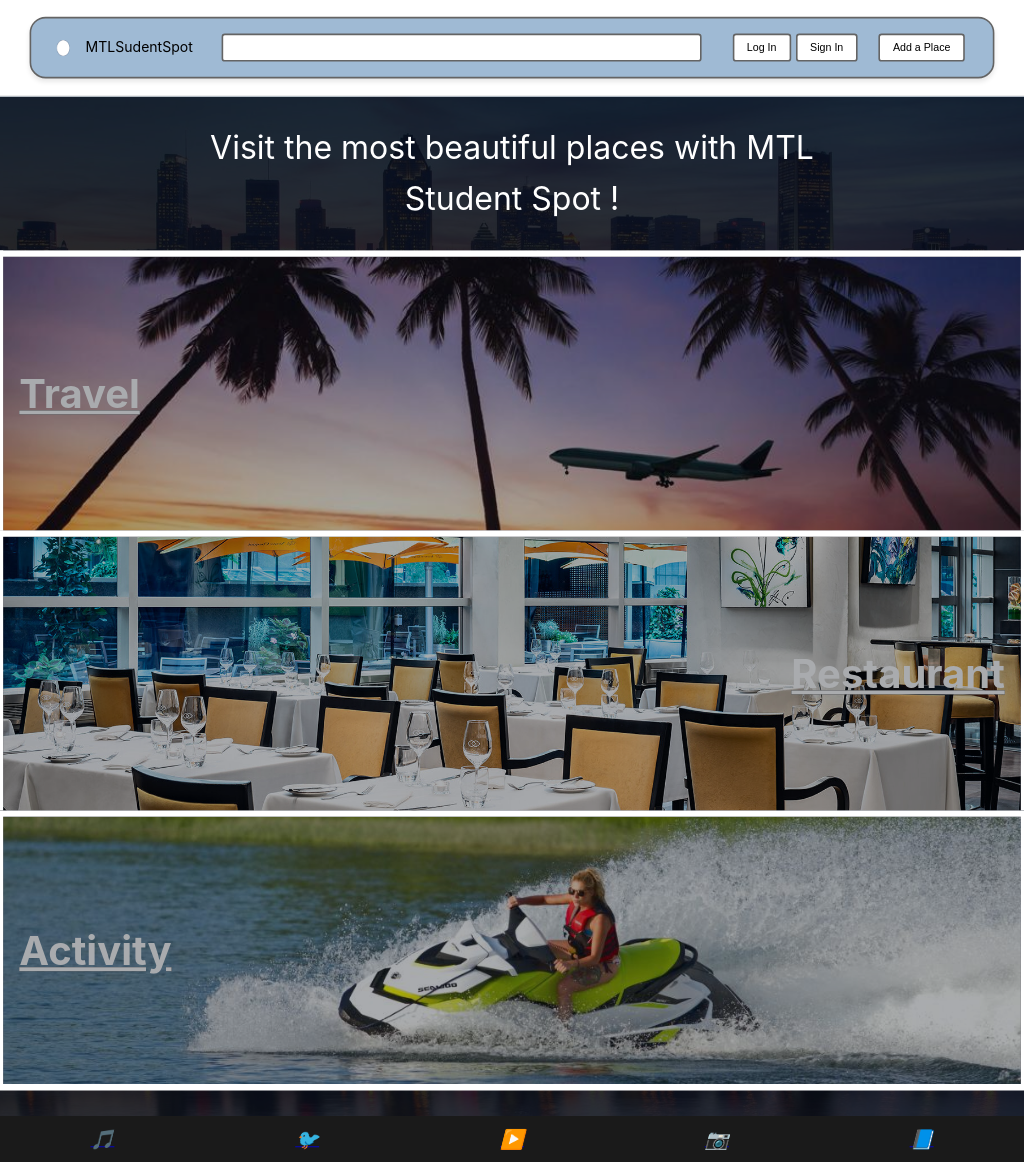
Repository: KevMn6ix/MOD8-2232-GRA-Damois-Leroi--Morant-Munto
Page: / (app in client/)
The author's editor kept a copy of each file at every save. The page is drawn from the files as they stood at one save, then again after the next save.
The browser window is 1280 px wide. The pictures show the whole page, at 80% of full size.
The project was rebuilt for these pictures with package versions that can differ from the ones it lists, and the page was loaded fresh each time. Also part of the build but not shown: client/vite.config.js, client/src/components/HelloWorld.vue, client/src/services/Api.js, client/src/services/AuthentificationService.js, client/src/components/Login.vue, client/src/components/BarOutsideHome.vue, client/src/views/LoginPage.vue, client/src/components/PlaceItem.vue and 1 more.

Above is the page before, as saved 2023-10-18 16:23:25.

After the next save:
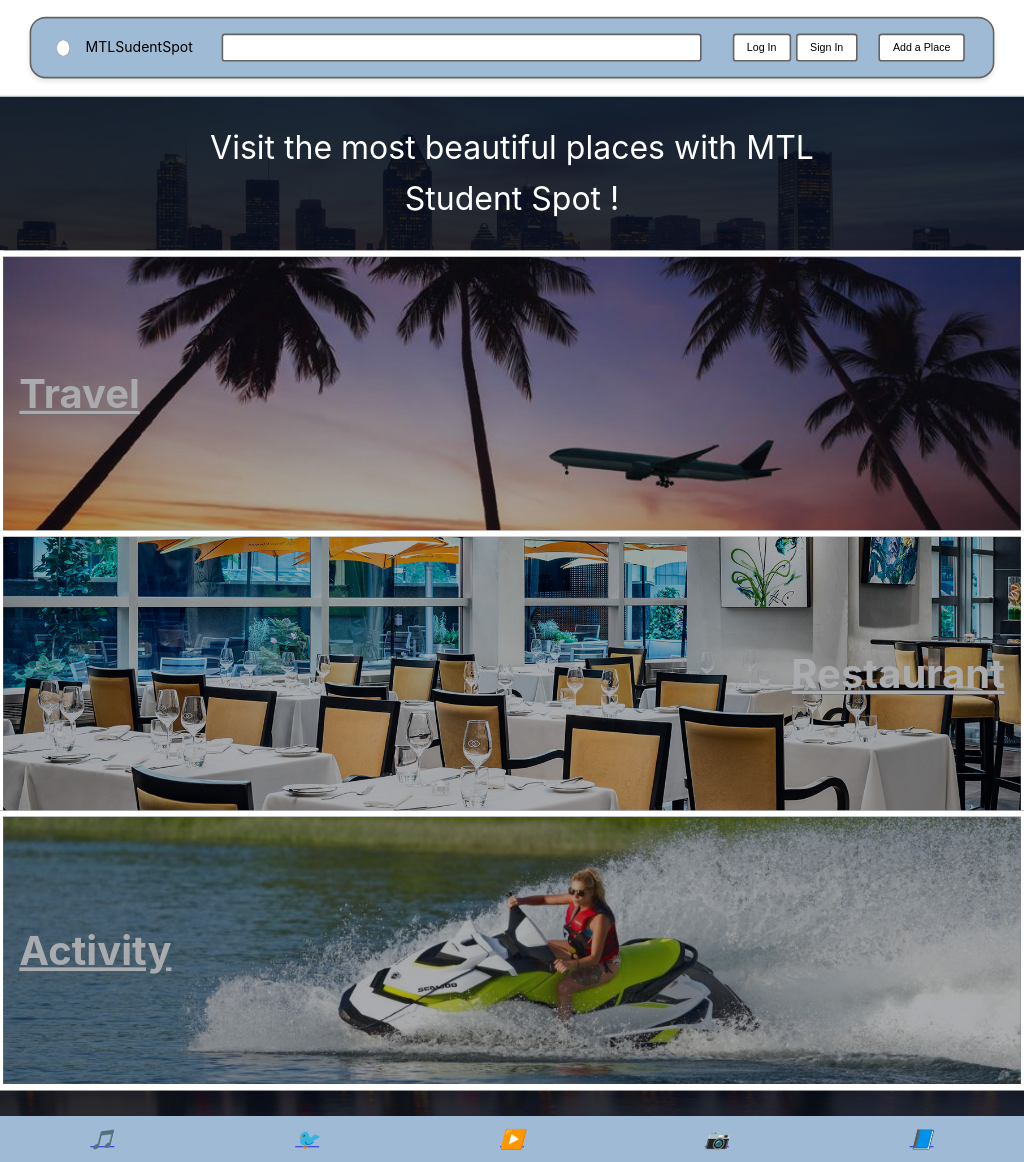
Saved 66 s later.
--- a/client/src/views/HomeView.vue
+++ b/client/src/views/HomeView.vue
@@ -276,7 +276,7 @@ footer {
 
     left: 0;
     width: 100%;
-    background-color: #1a1a1a;
+    background-color: var(--color-navbar);
     padding: 10px 0;
 }
 
